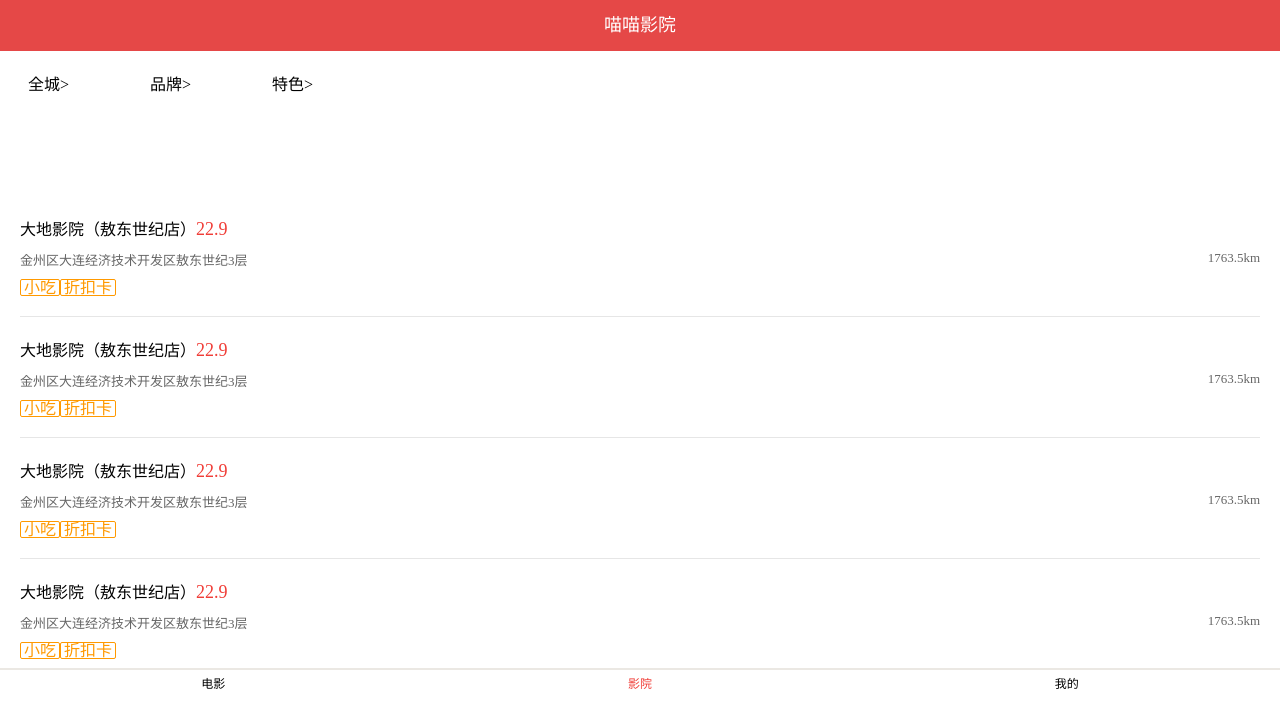
Repository: X-J-0/miaomiao_film
Page: /cinema (app in miaomiao/)
An editor plug-in stored every save of this project. The page is shown before and after the next save, followed by the edit.
The browser window is 1280 px wide. The pictures show the whole page.
The project was rebuilt for these pictures with package versions that can differ from the ones it lists, and the page was loaded fresh each time. Also part of the build but not shown: miaomiao/src/components/Allocate/index.vue. Imported but missing from the stored project, and not drawn on this page: miaomiao/src/components/Brand, miaomiao/src/components/Special.

Above is the page before, as saved 2020-03-24 19:47:39.

### miaomiao/public/index.html
<!DOCTYPE html>
<html lang="en">
  <head>
    <meta charset="utf-8">
    <meta http-equiv="X-UA-Compatible" content="IE=edge">
    <meta name="viewport" content="width=device-width,initial-scale=1.0,user-scalable=no">
    <link rel="icon" href="<%= BASE_URL %>favicon.ico">
    <link rel="stylesheet" href="<%= BASE_URL %>css/common.css">
    <!-- <link rel="stylesheet" href="<%= BASE_URL %>css/common.css"> -->
    <title><%= htmlWebpackPlugin.options.title %></title>
  </head>
  <body>
    <noscript>
      <strong>We're sorry but <%= htmlWebpackPlugin.options.title %> doesn't work properly without JavaScript enabled. Please enable it to continue.</strong>
    </noscript>
    <div id="app"></div>
    <!-- built files will be auto injected -->
  </body>
</html>

### miaomiao/src/App.vue
<template>
    <keep-alive>
        <router-view/>
    </keep-alive>
</template>

<style lang="scss">
</style>

### miaomiao/src/router/index.js
import Vue from 'vue'
import VueRouter from 'vue-router'
import movieRouter from './movie'
import mineRouter from './mine'
import cinemaRouter from './cinema'

Vue.use(VueRouter)


const router = new VueRouter({
  mode: 'history',
  base: process.env.BASE_URL,
  routes: [
    movieRouter,
    mineRouter,
    cinemaRouter,
    {
      path:'/*',
      redirect:'/movie'
    }
  ]
})

export default router

### miaomiao/src/router/movie/index.js
export default {
    path:'/movie',
    component : () => import('@/views/Movie'),
    children:[
        {
            path:'city',
            component:()=>import('@/components/City')
        },
        {
            path:'nowPlaying',
            component:()=>import('@/components/NowPlaying')
        },
        {
            path:'comingSoon',
            component:()=>import('@/components/ComingSoon')
        },
        {
            path:'search',
            component:()=>import('@/components/Search')
        },
        {
            path:'/movie',
            redirect:'/movie/nowPlaying'
        }
    ]
}

### miaomiao/src/router/mine/index.js
export default {
    path:'/mine',
    component : () => import('@/views/Mine'),
    children:[
        {
            path:'center',
            component:()=>import('@/views/Mine/center.vue')
        },
        {
            path:'login',
            component:()=>import('@/components/Login')
        },
        {
            path:'register',
            component:()=>import('@/components/Register')
        },
        {
            path:'findPassword',
            component:()=>import('@/components/FindPassword')
        },
        {
            path:'/mine',
            redirect:'center'
        }
    ]
}

### miaomiao/src/router/cinema/index.js
export default {
    path:'/cinema',
    component : () => import('@/views/Cinema'),
    children:[
        {
            path:'allocate',
            component:()=>import('@/components/Allocate')
        },
        {
            path:'brand',
            component:()=>import('@/components/Brand')
        },
        {
            path:'special',
            component:()=>import('@/components/Special')
        },
        {
            path:'/cinema',
            redirect:'/cinema/allocate'
        }
    ]
}

### miaomiao/src/views/Cinema/index.vue
<template>
    <div id="main">
        <Header title="喵喵影院" />
        <div id="content">
          <ul class="cinema_menu">
            <li class="city_switch">
              全城>
            </li>
            <li class="brand_switch">
              品牌>
            </li>
            <li class="feature_switch">
              特色>
            </li>
          </ul>
        </div>
        <Clist/>
        <TabBar />
    </div>
</template>

<script>

import Header from '@/components/Header';
import TabBar from '@/components/TabBar';
import Clist from '@/components/Clist';
export default {
  name:'Cinema',
    components : {
    Header,
    TabBar,
    Clist
  },
  data(){
   return {

   }
  }
}
</script>

<style scoped>
.cinema_menu li{
  margin-top:20px;
  margin-left:28px;
  margin-right:53px;
  float:left;
}
</style>

### miaomiao/src/components/Header/index.vue
<template>
    <header id="header">
        <h1>{{title}}</h1>
    </header>
</template>

<script>
export default {
  name:'Header',
  props:{
      title:{
          type:String,
          default:'喵喵电影'
      }
  }
}
</script>

<style scoped>
#header{width:100%;height:50px;color:#fff;background-color: #e54847;border-bottom:1px solid #e54847;position: relative;}
#header h1{font-size:18px;text-align: center;line-height: 50px; font-weight: normal;}
#header i{position:absolute;left:5px;top:50%;margin-top:-13px;font-size:26px;}
</style>

### miaomiao/src/components/TabBar/index.vue
<template>
    <footer id="footer">
        <ul>
            <router-link tag="li" to="/movie">
                <!-- <i class="iconfont icon-dianying"></i> -->
                <p>电影</p>
            </router-link>
            <router-link tag="li" to="/cinema">
                <!-- <i class="iconfont icon-yingyuan"></i> -->
                <p>影院</p>
            </router-link>
            <router-link tag="li" to="/mine">
                <!-- <i class="iconfont icon-dianying"></i> -->
                <p>我的</p>
            </router-link>
        </ul>
    </footer>
</template>

<script>
export default {
  name:'Footer',
  data(){
   return {

   }
  }
}
</script>

<style scoped>
#footer{width:100%; height:50px;background-color: #fff;border-top:2px #ebe8e3 solid;position:fixed;left:0;bottom:0;}
#footer ul{display:flex;text-align: center;height:50px;align-items:center;}
#footer ul li{flex:1;height:40px;}
#footer ul li.active{color:#f03d37;}
#footer ul li.router-link-active{color:#f03d37;}
#footer ul i{font-size:20px;}
#footer ul p{font-size:12px;line-height:18px;}
</style>

### miaomiao/src/components/Clist/index.vue
<template>
<div class="cinema_body">
    <ul>
        <li>
            <div>
                <span>大地影院（敖东世纪店）</span>
                <span class="q"><span class="price">22.9</span></span>
            </div>
            <div class="address">
                <span>金州区大连经济技术开发区敖东世纪3层</span>
                <span>1763.5km</span>
            </div>
            <div class="card">
                <div>小吃</div>
                <div>折扣卡</div>
            </div>
        </li>
        <li>
            <div>
                <span>大地影院（敖东世纪店）</span>
                <span class="q"><span class="price">22.9</span></span>
            </div>
            <div class="address">
                <span>金州区大连经济技术开发区敖东世纪3层</span>
                <span>1763.5km</span>
            </div>
            <div class="card">
                <div>小吃</div>
                <div>折扣卡</div>
            </div>
        </li>
        <li>
            <div>
                <span>大地影院（敖东世纪店）</span>
                <span class="q"><span class="price">22.9</span></span>
            </div>
            <div class="address">
                <span>金州区大连经济技术开发区敖东世纪3层</span>
                <span>1763.5km</span>
            </div>
            <div class="card">
                <div>小吃</div>
                <div>折扣卡</div>
            </div>
        </li>
        <li>
            <div>
                <span>大地影院（敖东世纪店）</span>
                <span class="q"><span class="price">22.9</span></span>
            </div>
            <div class="address">
                <span>金州区大连经济技术开发区敖东世纪3层</span>
                <span>1763.5km</span>
            </div>
            <div class="card">
                <div>小吃</div>
                <div>折扣卡</div>
            </div>
        </li>
        <!-- <li>
            <div>
                <span>大地影院（敖东世纪店）</span>
                <span class="q"><span class="price">22.9</span></span>
            </div>
            <div class="address">
                <span>金州区大连经济技术开发区敖东世纪3层</span>
                <span>1763.5km</span>
            </div>
            <div class="card">
                <div>小吃</div>
                <div>折扣卡</div>
            </div>
        </li> -->
    </ul>
</div>
</template>

<script>
export default {
  name:'Clist',
  data(){
   return {

   }
  }
}
</script>

<style scoped>
#content .cinema_body{flex:1;overflow:auto;}
.cinema_body ul{padding:20px;}
.cinema_body li{border-bottom:1px solid #e6e6e6;margin-bottom:20px;}
.cinema_body div{margin-bottom:10px;}
.cinema_body .q{font-size:11px;color:#f03d37;}
.cinema_body .price{font-size:18px;}
.cinema_body .address{font-size:13px;color:#666;}
.cinema_body .address span:nth-of-type(2){float:right;}
.cinema_body .card{display:flex;}
.cinema_body .card div{padding:0 3px;height:15px;line-height: 15px;border-radius: 2px;color:#f90;border:1px solid #f90;}
.cinema_body .card div.or{color:#f90;border:1px solid #f90;}
.cinema_body .card div.bl{color:#589daf;border:1px solid #589daf;}
</style>

### miaomiao/public/css/common.css
*{ margin : 0; padding : 0;}
ul,li{ list-style: none}
img{ display: block}
html, body{ height:100%}
.clearfix:after{ content:""; display:block; clear:both}
#main{ height: 100%; display: flex; flex-direction: column;}
#content{ flex:1; overflow:auto; margin-bottom: 50px;position: relative;display: flex;flex-direction: column;}

Loaded but not shown: miaomiao/src/main.js (common file); miaomiao/src/store/index.js (common file)

After the next save:
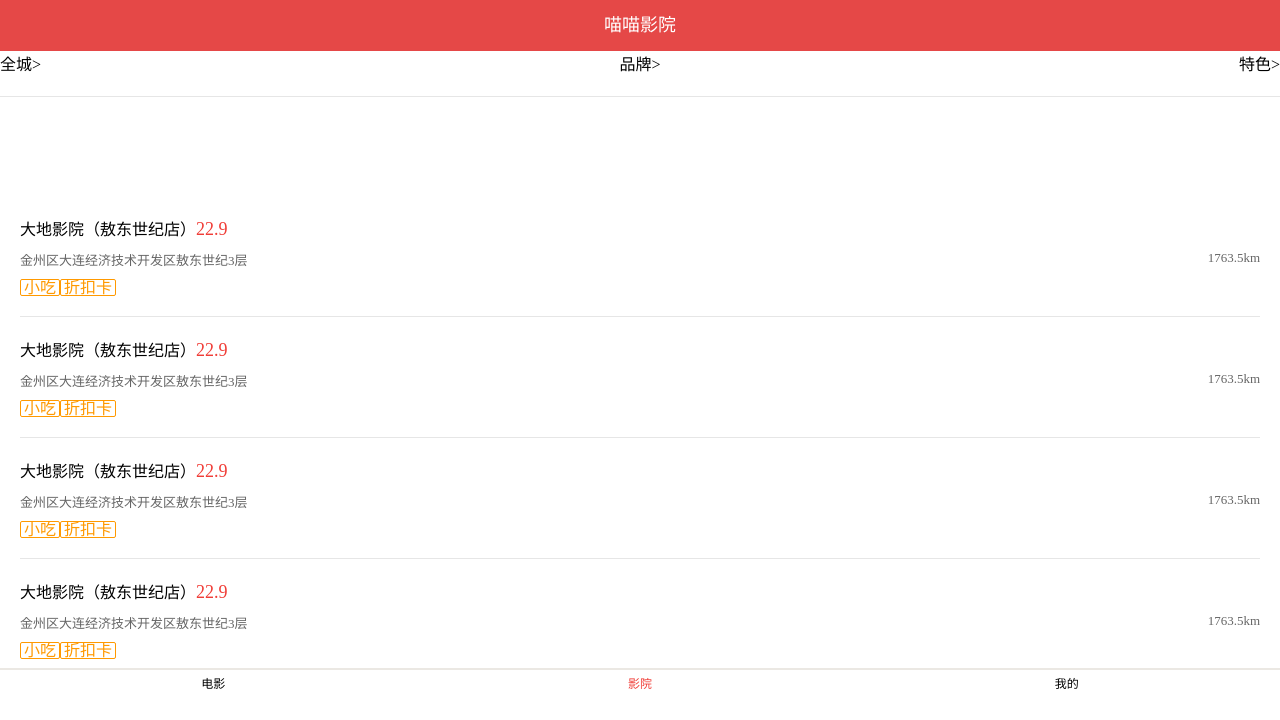
Saved 81 s later.
--- a/miaomiao/src/views/Cinema/index.vue
+++ b/miaomiao/src/views/Cinema/index.vue
@@ -40,10 +40,17 @@ export default {
 </script>
 
 <style scoped>
-.cinema_menu li{
-  margin-top:20px;
-  margin-left:28px;
-  margin-right:53px;
-  float:left;
-}
+  #content{flex:1;overflow:auto;margin-bottom:50px;position: relative;display:flex;flex-direction: column;}
+  #content .cinema_menu{width:100%;height:45px;border-bottom:1px solid #e6e6e6;display: flex;justify-content: space-between;}
+  .movie_menu .city_name{margin-left:20px;height:100%;line-height:45px;}
+  .movie_menu .city_name.active{color:#ef4238;border-bottom:2px #ef4238 solid;}
+  .movie_menu .city_name.router-link-active{color:#ef4238;border-bottom:2px #ef4238 solid;}
+  .movie_menu .hot_switch{display:flex;height:100%; line-height: 45px;}
+  .movie_menu .hot_item{font-size:15px; color:#666;width:80px;text-align: center;margin:0 12px;font-weight: 700;}
+  .movie_menu .hot_item.active{color:#ef4238;border-bottom:2px #ef4238 solid;}
+  .movie_menu .hot_item.router-link-active{color:#ef4238;border-bottom:2px #ef4238 solid;}
+  .movie_menu .search_entry{margin-left:20px;height:100%;line-height:45px;}
+  .movie_menu .search_entry.active{color:#ef4238;border-bottom:2px #ef4238 solid;}
+  .movie_menu .search_entry.router-link-active{color:#ef4238;border-bottom:2px #ef4238 solid;}
+  .movie_menu .search_entry div{font-size:18px;color:red;}
 </style>
